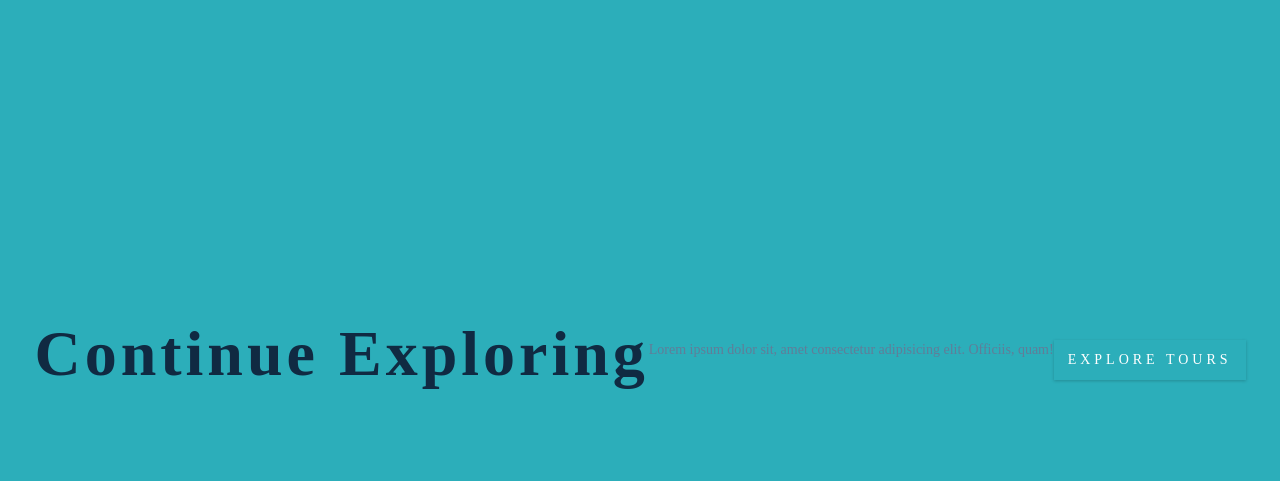
Repository: Ndifoinhilary/flexbox-project
Page: index.html
The author's editor kept a copy of each file at every save. The page is drawn from the files as they stood at one save, then again after the next save.
The browser window is 1280 px wide. The pictures show the whole page.

Above is the page before, as saved 2024-01-18 14:07:32.

After the next save:
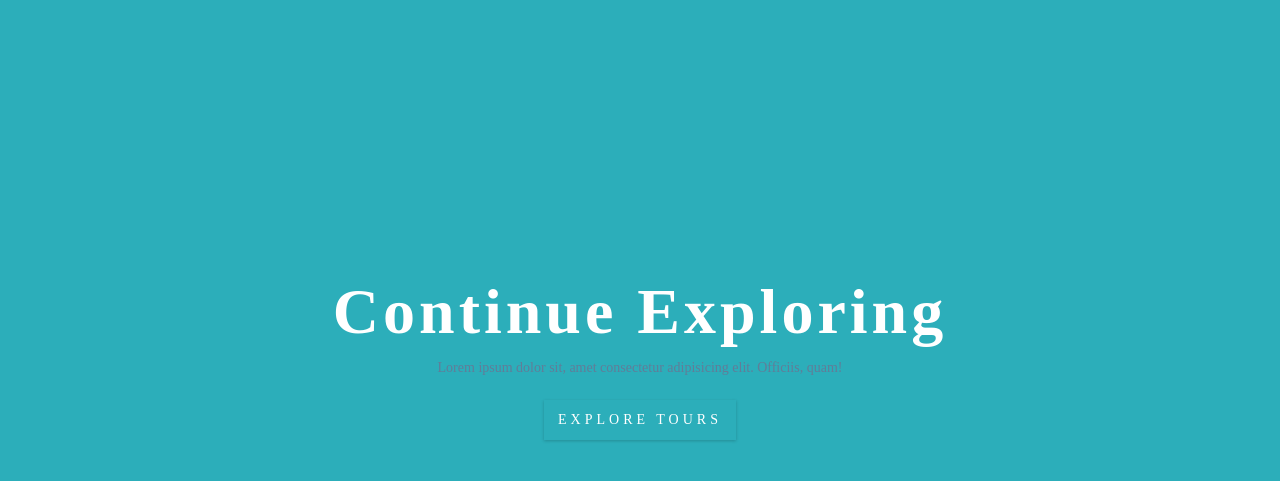
Saved 2 min 51 s later.
--- a/css/main.css
+++ b/css/main.css
@@ -152,8 +152,7 @@ p{
   align-items: center;
 }
 .hero-banner{
-  display: flex;
-  justify-content: center;
-  align-items: center;
+  text-align: center;
+  color: var(--clr-White);
 }
 /* end of hero */
